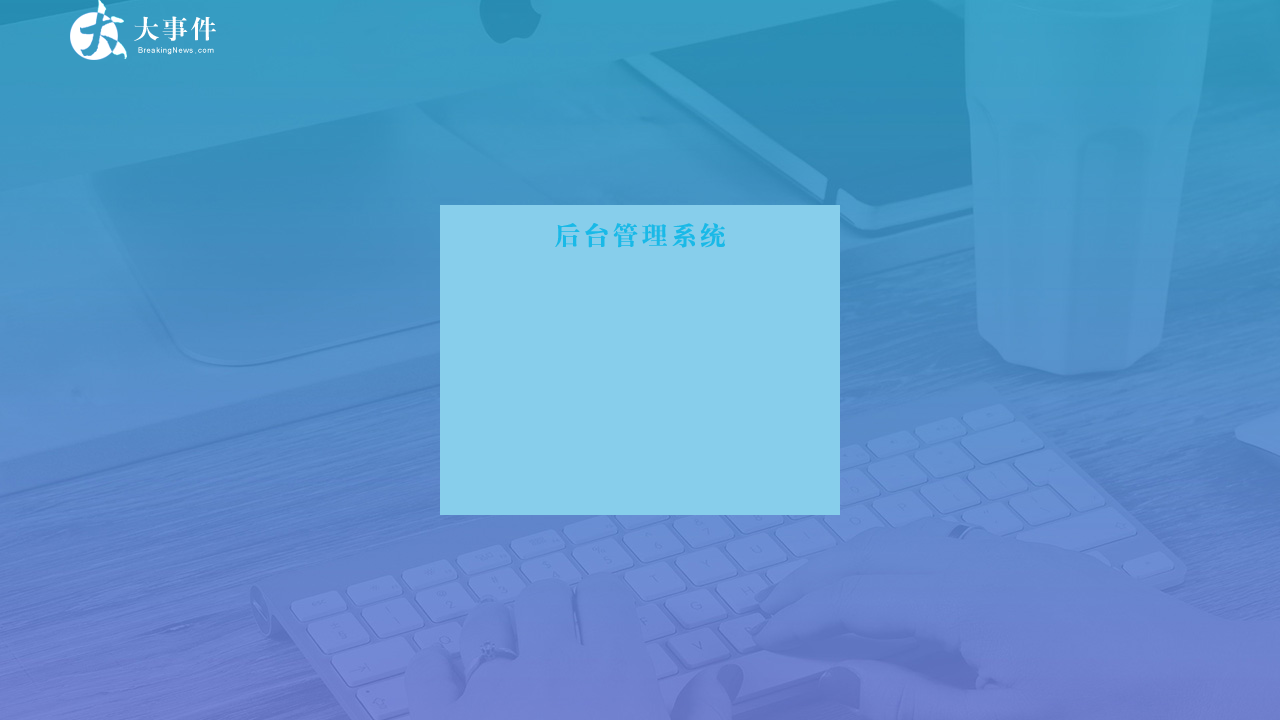
Repository: lithronmatic/web_bigbigevent
Page: login.html
An editor plug-in stored every save of this project. The page is shown before and after the next save, followed by the edit.
The browser window is 1280 px wide. The pictures show the whole page.

Above is the page before, as saved 2022-08-23 11:28:38.

After the next save:
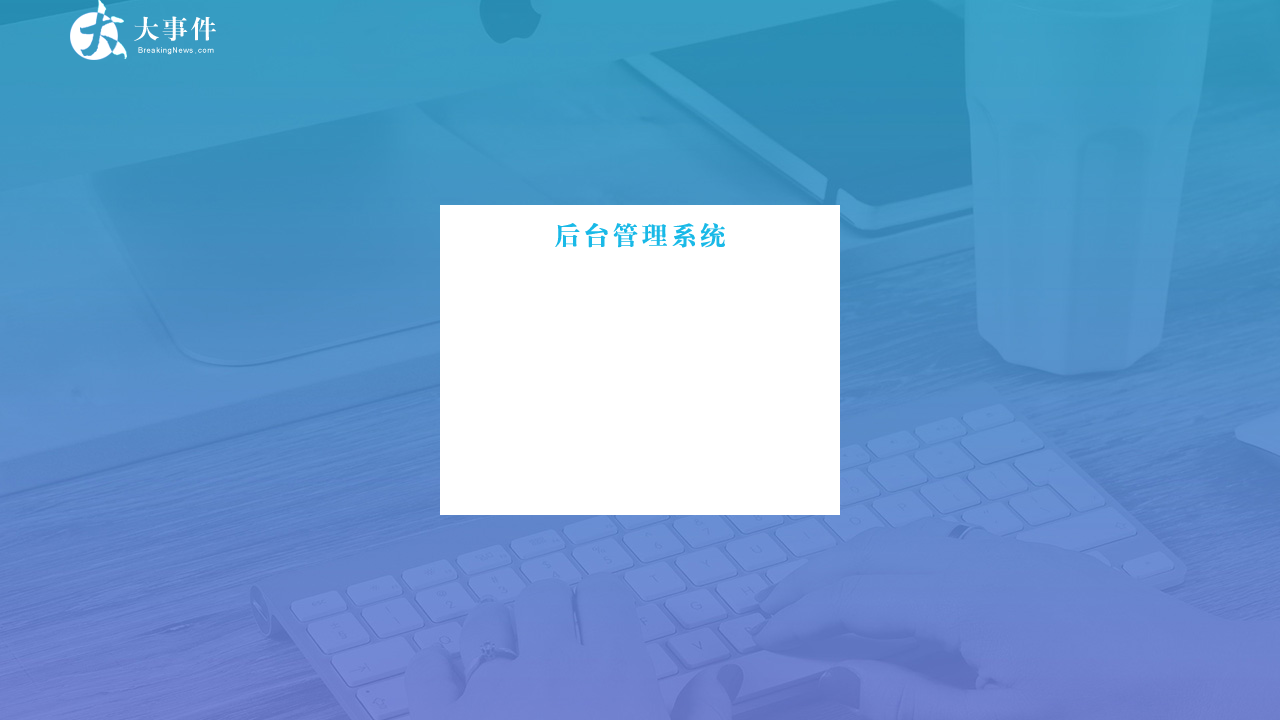
Saved 19 s later.
--- a/assets/css/login.css
+++ b/assets/css/login.css
@@ -64,7 +64,7 @@
     transform: translate(-50%,-50%);
     width:400px;
     height:310px;
-    background-color: skyblue;
+    background-color: white;
 }
 .title-logo{
     height:60px;
